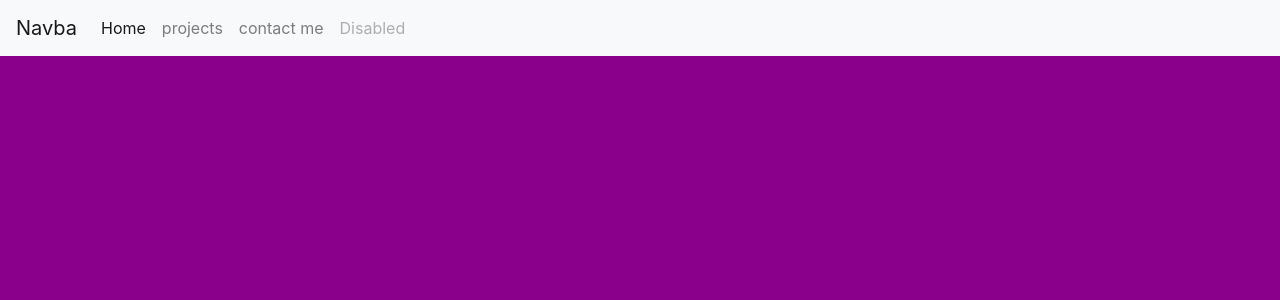
Repository: DaveedGangi/DaveedWebsite
Page: one.html
These files come from the project's save history. The page is drawn as it stood at one moment and after a run of saves; the edit follows.
The browser window is 1280 px wide. The pictures show the whole page.

Above is the page before, as saved 2023-09-25 11:50:41.

After the next 2 saves:
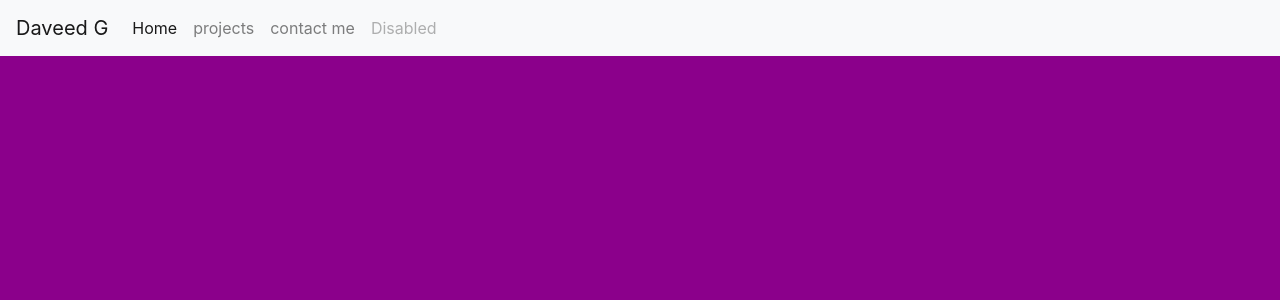
The 2 saves are shown as one change because they came seconds apart.
The last was saved 7 s later.
--- a/one.html
+++ b/one.html
@@ -10,7 +10,7 @@
 <body>
 <div class="bgcontainer">
     <nav class="navbar navbar-expand-lg navbar-light bg-light">
-        <a class="navbar-brand" href="#">Navba</a>
+        <a class="navbar-brand" href="#">Daveed G</a>
         <button class="navbar-toggler" type="button" data-toggle="collapse" data-target="#navbarNavAltMarkup" aria-controls="navbarNavAltMarkup" aria-expanded="false" aria-label="Toggle navigation">
           <span class="navbar-toggler-icon"></span>
         </button>
